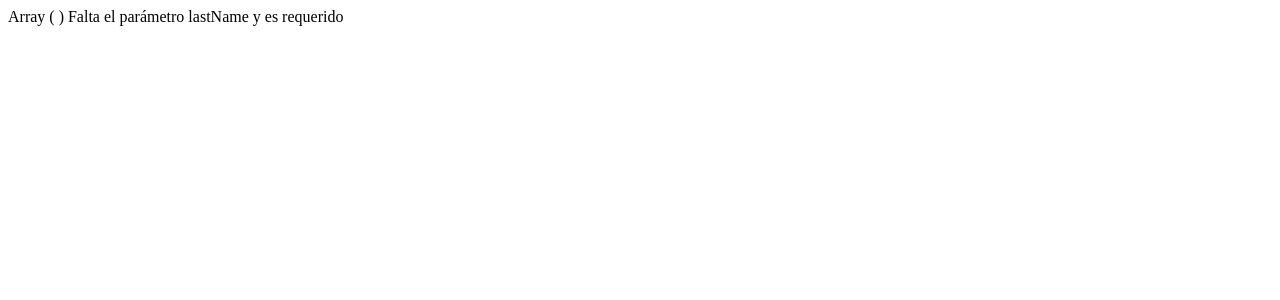
Repository: Kr3n3r/PHP_projects
Page: http://localhost/ejercicioBDClassicModels.act.up.php
These files come from the project's save history. The page is drawn as it stood at one moment and after the next save; the edit follows.
The browser window is 1280 px wide. The pictures show the whole page.
The page is run by PHP 8.4 with error messages shown; the project is at /var/www/html/.

Above is the page before, as saved 2022-02-11 12:37:50.

### classicmodel/ejercicioBDClassicModels.act.up.php
<?php
print_r($_GET);
include_once 'utils.php';
catched('lastName');
catched('firstName');
catched('extension');
catched('email');
catched('officeCode');
catched('reportsTo');
catched('jobTitle');
catched('employeeNumber');
$fields=array('lastName','firstName','extension','email','officeCode','reportsTo','jobTitle');
$up_fields=array();
foreach ($fields as $element) {
    if (!is_null(${$element})) {
        array_push($up_fields,$element);
    }
    else{
        if ($element == 'reportsTo'){
            array_push($up_fields,$element);
        }
    }
}
// print_r($up_fields);
$con = new mysqli($host, $user, $password, $dbname, $port, $socket)
or die ('Could not connect to the database server' . mysqli_connect_error());
foreach ($up_fields as $field_that_is_going_to_be_updated) {
    if (is_string($field_that_is_going_to_be_updated)){
        $query = "update
                    employees
                  set
                  	$field_that_is_going_to_be_updated = '${$field_that_is_going_to_be_updated}'
                  where employeeNumber=$employeeNumber";
    }
    elseif (is_int($field_that_is_going_to_be_updated) || is_float($field_that_is_going_to_be_updated) || is_real($field_that_is_going_to_be_updated )) {
        $query = "update
                    employees
                  set
                  	$field_that_is_going_to_be_updated = ${$field_that_is_going_to_be_updated}
                  where employeeNumber=$employeeNumber";
    }

    if ($stmt = $con->prepare($query)) {
        $stmt->execute();
        $stmt->close();
    }
}
?>

### classicmodel/utils.php
<?php
function catchRequired($VALUE){
    if(!isset($_GET[$VALUE]) && !isset($_POST[$VALUE]) ){
        die("Falta el parámetro $VALUE y es requerido");
    }
    if(empty($_GET[$VALUE]) && empty($_POST[$VALUE]) ){
        die("El parámetro $VALUE está vacío y es requerido");
    }
    global ${$VALUE};
    if (${$VALUE} = $_GET[$VALUE]){}
    else{
        ${$VALUE} = $_POST[$VALUE];
    }
    return;
}

function catched($VALUE){
    if(!isset($_GET[$VALUE]) && !isset($_POST[$VALUE]) ){
        die("Falta el parámetro $VALUE y es requerido");
    }
//     global ${$VALUE};
//     ${$VALUE}= !empty($_GET[$VALUE]) ? "'${$VALUE}'" : "NULL";
    global ${$VALUE};
    if (${$VALUE} = $_GET[$VALUE]){}
    else{
        ${$VALUE} = $_POST[$VALUE];
    }
    return;
}

$host="10.10.0.3";
$port=3306;
$socket="";
$user="classicmodels";
$password="classicmodels";
$dbname="classicmodels";

// $con = new mysqli($host, $user, $password, $dbname, $port, $socket)
// or die ('Could not connect to the database server' . mysqli_connect_error());
?>

After the next save:
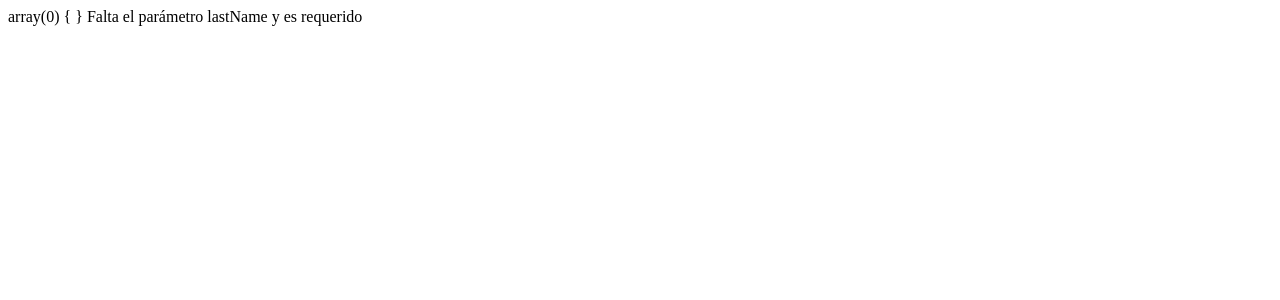
Saved 14 s later.
--- a/classicmodel/ejercicioBDClassicModels.act.up.php
+++ b/classicmodel/ejercicioBDClassicModels.act.up.php
@@ -1,5 +1,5 @@
 <?php
-print_r($_GET);
+var_dump($_GET);
 include_once 'utils.php';
 catched('lastName');
 catched('firstName');
